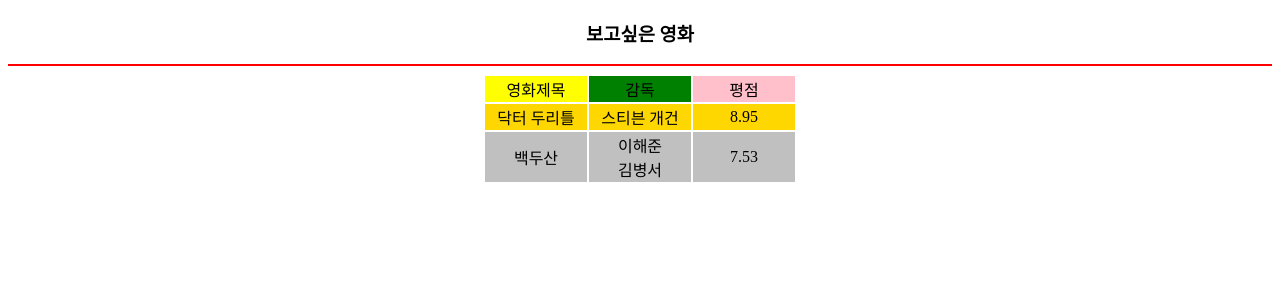
Repository: ujin2021/jsp_study
Page: jsp01/WebContent/table.html
These files come from the project's save history. The page is drawn as it stood at one moment and after the next save; the edit follows.
The browser window is 1280 px wide. The pictures show the whole page.

Above is the page before, as saved 2020-01-11 08:50:03.

After the next save:
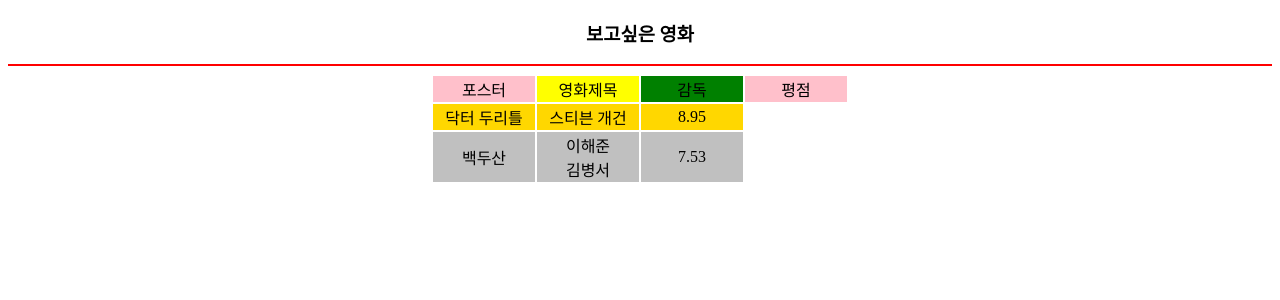
Saved 68 s later.
--- a/jsp01/WebContent/table.html
+++ b/jsp01/WebContent/table.html
@@ -15,6 +15,7 @@
 <!-- 한줄복사->ctrl+alt+화살표아래 -->
 <table align="center">
 	<tr align="center">
+		<td width="100" bgcolor="pink">포스터</td>
 		<td width="100" bgcolor="yellow">영화제목</td>
 		<td width="100" bgcolor="green">감독</td>
 		<td width="100" bgcolor="pink">평점</td>
